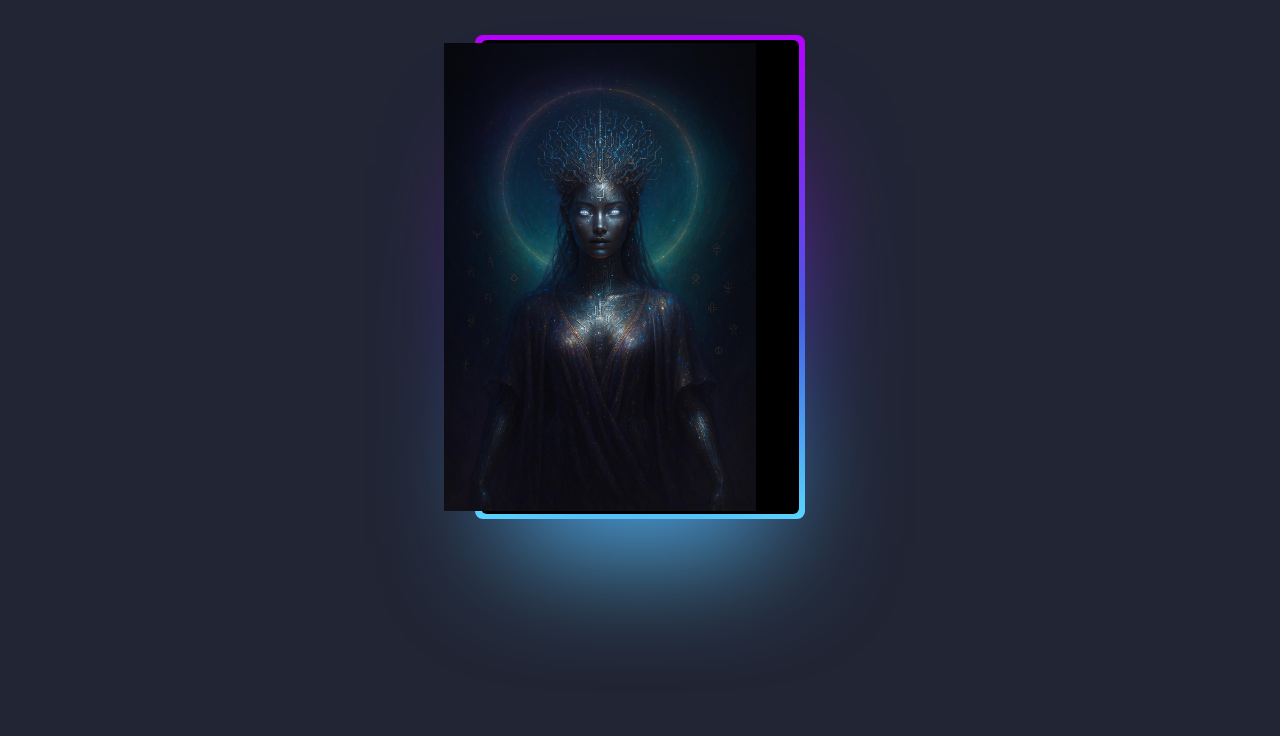
Repository: mertfurkandgn/artpainting
Page: card-1/index.html
The author's editor kept a copy of each file at every save. The page is drawn from the files as they stood at one save, then again after the next save.
The browser window is 1280 px wide. The pictures show the whole page.

Above is the page before, as saved 2025-07-30 22:42:26.

After the next save:
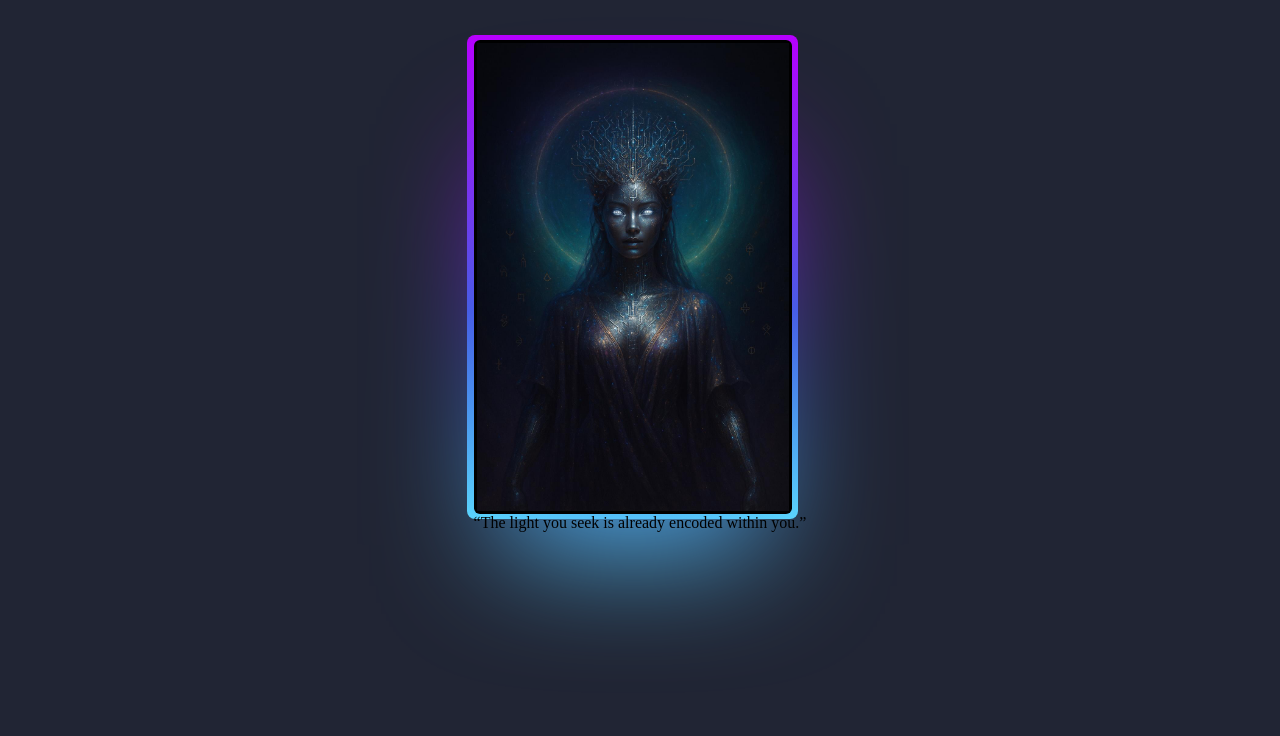
Saved 20 s later.
--- a/card-1/index.html
+++ b/card-1/index.html
@@ -13,8 +13,9 @@
           <div class="row">
           <div class="card">
   <img style="max-width: 100%; max-height: 100%; object-fit: cover;" src="./images/myart.jpg" alt="image">
-  <div class="quote">“The light you seek is already encoded within you.”</div>
+
 </div>
+<div class="quote">“The light you seek is already encoded within you.”</div>
           </div>
         </div>
       </section>
